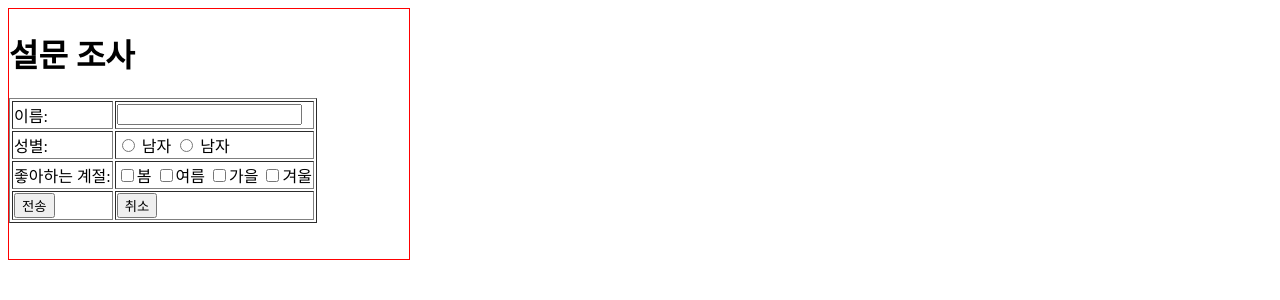
Repository: hangilyon/allJSPStudy
Page: http://localhost/jsp02/quiz02.jsp
An editor plug-in stored every save of this project. The page is shown before and after the next save, followed by the edit.
The browser window is 1280 px wide. The pictures show the whole page.
The page is served by Tomcat 9.

Above is the page before, as saved 2021-10-20 09:19:54.

### jsp02/src/main/webapp/quiz02.jsp
<%@ page language="java" contentType="text/html; charset=UTF-8"
    pageEncoding="UTF-8"%>
<!DOCTYPE html>
<html>
<head>
<meta charset="UTF-8">
<title>quiz02</title>
<style type="text/css">
	form{
		width: 400px;
		height: 250px;
		border: 1px solid red;
	}
</style>
</head>
<body>
	<form action="">
		<h1>설문 조사</h1>
		<table border="1">
			<tr>
				<td>이름: </td>
				<td><input type="text" name="name"></td>
			</tr>
			<tr>
				<td>성별:</td>
				<td>
					<input type="radio" name="gender" value="남자다잉"> 남자
					<input type="radio" name="gender" value="여자다잉"> 남자
			</tr>
			<tr>
				<td>좋아하는 계절:</td>
				<td>
					<input type="checkbox" name="season" value="봄">봄
					<input type="checkbox" name="season" value="여름">여름
					<input type="checkbox" name="season" value="가을">가을
					<input type="checkbox" name="season" value="겨울">겨울
				</td>
			</tr>
			<tr>
				<td><input type="submit" value="전송"></td>
				<td><button onclick="">취소</button></td>
			</tr>
		</table>
	</form>
</body>
</html>

After the next save:
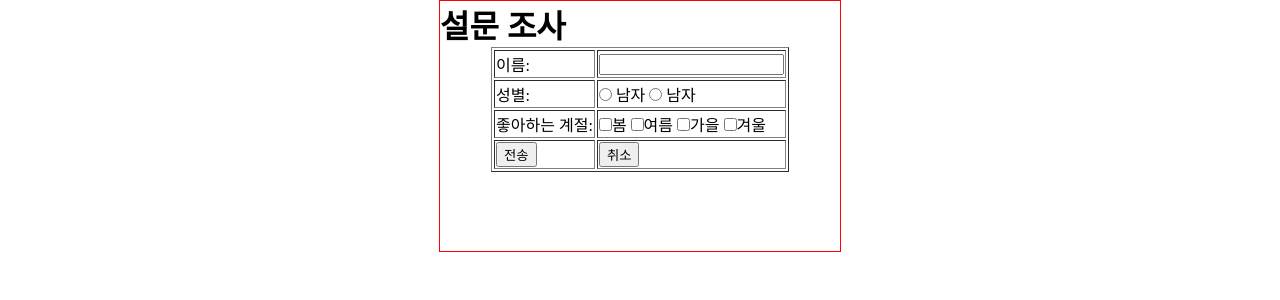
Saved 17 s later.
--- a/jsp02/src/main/webapp/quiz02.jsp
+++ b/jsp02/src/main/webapp/quiz02.jsp
@@ -6,6 +6,9 @@
 <meta charset="UTF-8">
 <title>quiz02</title>
 <style type="text/css">
+	*{
+	margin: auto;
+	}
 	form{
 		width: 400px;
 		height: 250px;
